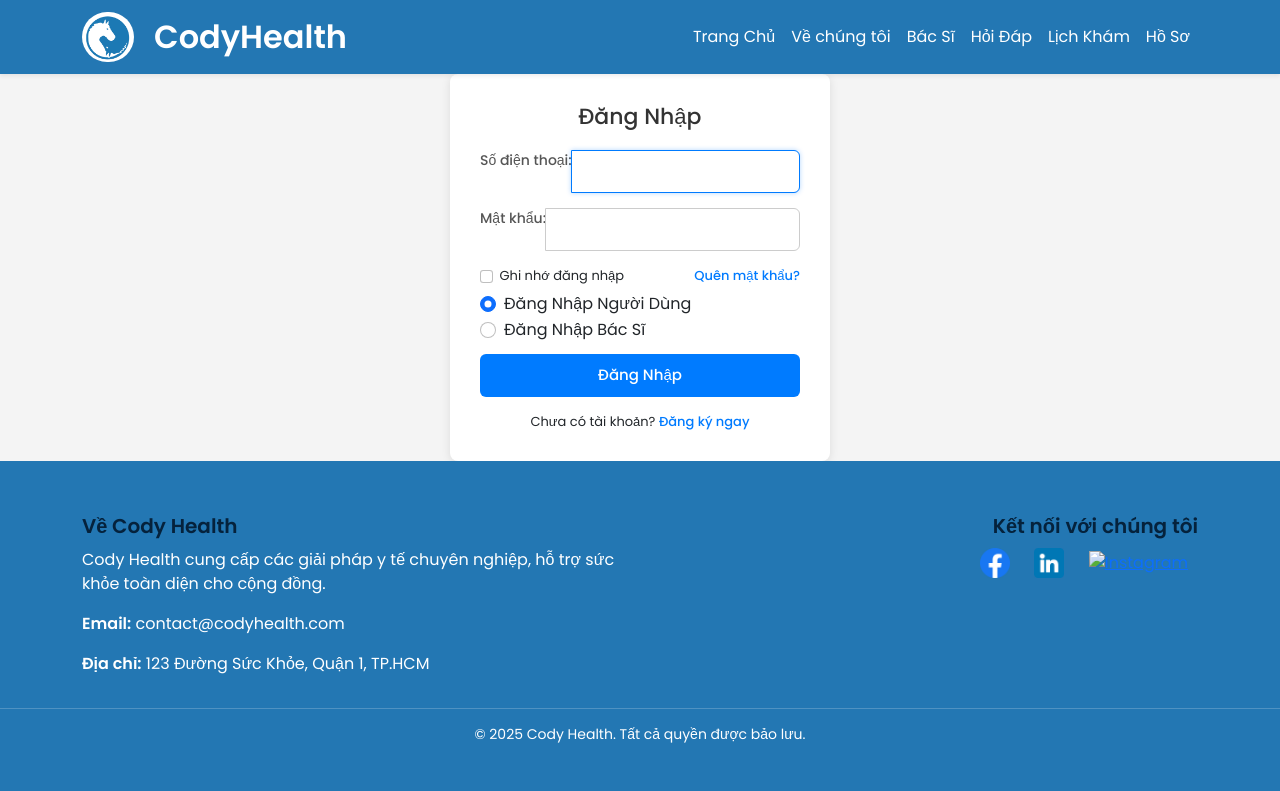
Repository: JonesKhaii/CodySocial
Page: http://localhost/login
The author's editor kept a copy of each file at every save. The page is drawn from the files as they stood at one save, then again after the next save.
The browser window is 1280 px wide. The pictures show the whole page.
The page is served by the project's Laravel application, run on PHP 8.4 with Laravel 12.

Above is the page before, as saved 2025-02-13 02:45:20.

After the next save:
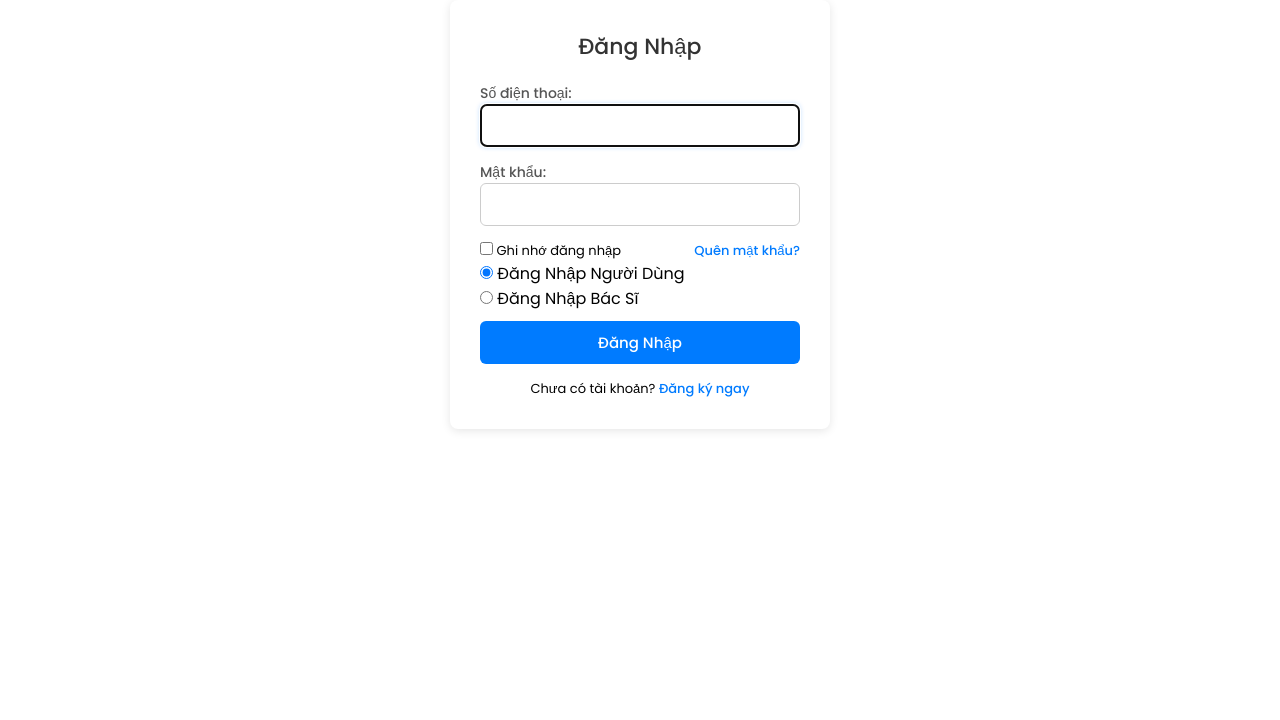
Saved 83 s later.
--- a/resources/views/auth/login.blade.php
+++ b/resources/views/auth/login.blade.php
@@ -1,61 +1,55 @@
-@extends('layouts.master')
+{{-- @extends('layouts.master')
 
-@section('title', 'Đăng Nhập')
+@section('title', 'Đăng Nhập') --}}
 
-@section('main-content')
+{{-- @section('main-content') --}}
 
-    <head>
-        <link rel="stylesheet" href="{{ asset('css/login.css') }}">
-    </head>
+<head>
+    <link rel="stylesheet" href="{{ asset('css/login.css') }}">
+</head>
+<div class="container-login">
+    <h2>Đăng Nhập</h2>
+    @if ($errors->any())
+        <div class="alert alert-danger">
+            @foreach ($errors->all() as $error)
+                <p>{{ $error }}</p>
+            @endforeach
+        </div>
+    @endif
+    <form method="POST" action="{{ route('login') }}">
+        @csrf
+        <div class="input-group">
+            <label for="phone">Số điện thoại:</label>
+            <input id="phone" type="string" name="phone" class="form-control" required autofocus>
+        </div>
 
-    <div class="container-login">
-        <h2>Đăng Nhập</h2>
+        <div class="input-group">
+            <label for="password">Mật khẩu:</label>
+            <input id="password" type="password" name="password" class="form-control" required>
+        </div>
 
-        @if ($errors->any())
-            <div class="alert alert-danger">
-                @foreach ($errors->all() as $error)
-                    <p>{{ $error }}</p>
-                @endforeach
+        <div class="remember-forgot">
+            <div class="form-check">
+                <input type="checkbox" name="remember" id="remember" class="form-check-input">
+                <label for="remember" class="form-check-label">Ghi nhớ đăng nhập</label>
             </div>
-        @endif
+            <a href="#">Quên mật khẩu?</a>
+        </div>
+        <div class="form-check">
+            <input type="radio" name="role" id="role_user" value="user" class="form-check-input" checked>
+            <label for="role_user" class="form-check-label">Đăng Nhập Người Dùng</label>
+        </div>
+        <div class="form-check">
+            <input type="radio" name="role" id="role_doctor" value="doctor" class="form-check-input">
+            <label for="role_doctor" class="form-check-label">Đăng Nhập Bác Sĩ</label>
+        </div>
 
-        <!-- Form Đăng Nhập -->
-        <form method="POST" action="{{ route('login') }}">
-            @csrf
-            <div class="input-group">
-                <label for="phone">Số điện thoại:</label>
-                <input id="phone" type="text" name="phone" class="form-control" required autofocus>
-            </div>
 
-            <div class="input-group">
-                <label for="password">Mật khẩu:</label>
-                <input id="password" type="password" name="password" class="form-control" required>
-            </div>
+        <button type="submit" class="btn-login">Đăng Nhập</button>
+    </form>
 
-            <div class="remember-forgot">
-                <div class="form-check">
-                    <input type="checkbox" name="remember" id="remember" class="form-check-input">
-                    <label for="remember" class="form-check-label">Ghi nhớ đăng nhập</label>
-                </div>
-                <a href="#">Quên mật khẩu?</a>
-            </div>
-
-            <!-- Chọn loại tài khoản -->
-            <div class="form-check">
-                <input type="radio" name="role" id="role_user" value="user" class="form-check-input" checked>
-                <label for="role_user" class="form-check-label">Đăng Nhập Người Dùng</label>
-            </div>
-            <div class="form-check">
-                <input type="radio" name="role" id="role_doctor" value="doctor" class="form-check-input">
-                <label for="role_doctor" class="form-check-label">Đăng Nhập Bác Sĩ</label>
-            </div>
-
-            <button type="submit" class="btn-login">Đăng Nhập</button>
-        </form>
-
-        <div class="footer-text">
-            Chưa có tài khoản? <a href="#">Đăng ký ngay</a>
-        </div>
+    <div class="footer-text">
+        Chưa có tài khoản? <a href="#">Đăng ký ngay</a>
     </div>
-
-@endsection
+</div>
+{{-- @endsection --}}

After the 2 saves that followed:
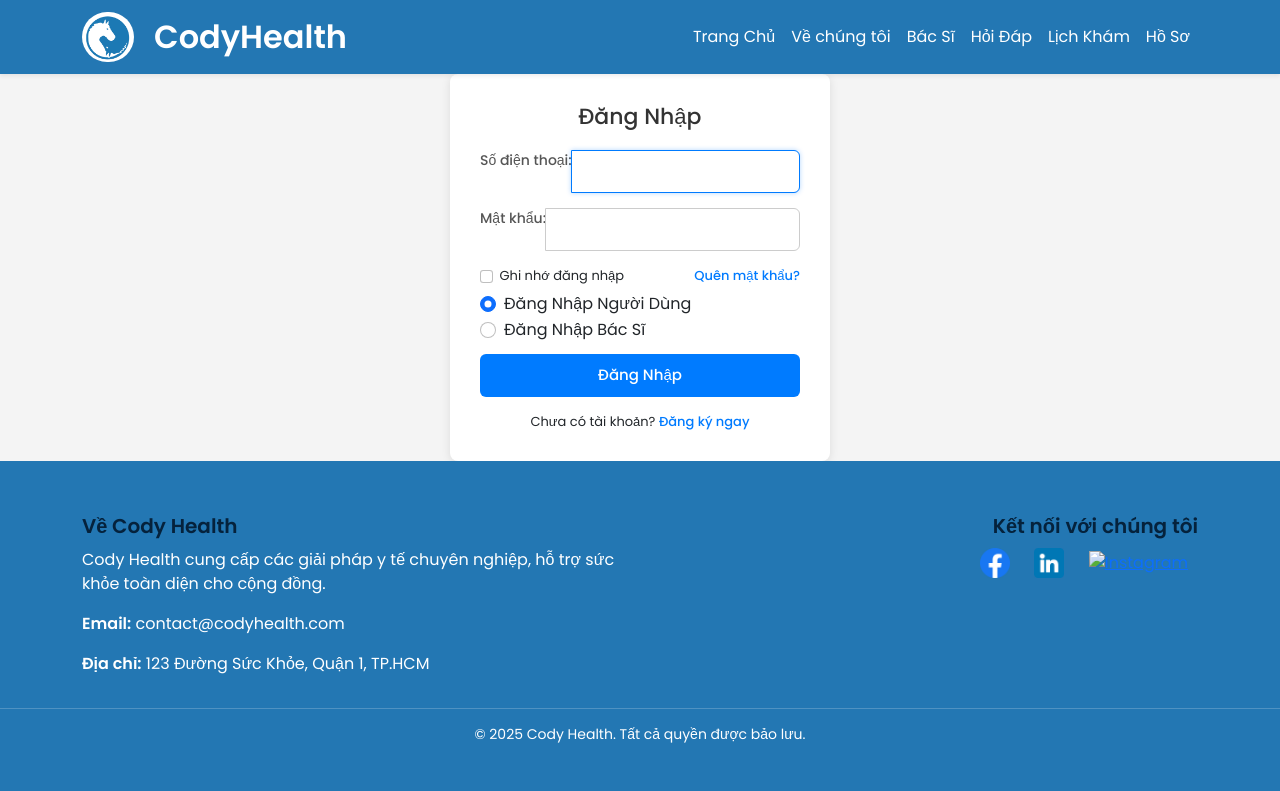
The 2 saves are shown as one change because 1 left the picture as it was.
The last was saved 103 s later.
--- a/resources/views/auth/login.blade.php
+++ b/resources/views/auth/login.blade.php
@@ -1,55 +1,62 @@
-{{-- @extends('layouts.master')
+@extends('layouts.master')
 
-@section('title', 'Đăng Nhập') --}}
+@section('title', 'Đăng Nhập')
 
-{{-- @section('main-content') --}}
+@section('main-content')
 
-<head>
-    <link rel="stylesheet" href="{{ asset('css/login.css') }}">
-</head>
-<div class="container-login">
-    <h2>Đăng Nhập</h2>
-    @if ($errors->any())
-        <div class="alert alert-danger">
-            @foreach ($errors->all() as $error)
-                <p>{{ $error }}</p>
-            @endforeach
+    <head>
+        <link rel="stylesheet" href="{{ asset('css/login.css') }}">
+    </head>
+
+    <div class="container-login">
+        <h2>Đăng Nhập</h2>
+
+        @if ($errors->any())
+            <div class="alert alert-danger">
+                @foreach ($errors->all() as $error)
+                    <p>{{ $error }}</p>
+                @endforeach
+            </div>
+        @endif
+
+        <!-- Form đăng nhập -->
+        <form method="POST" action="{{ route('login') }}">
+            @csrf
+            <div class="input-group">
+                <label for="phone">Số điện thoại:</label>
+                <input id="phone" type="text" name="phone" class="form-control" required autofocus>
+            </div>
+
+            <div class="input-group">
+                <label for="password">Mật khẩu:</label>
+                <input id="password" type="password" name="password" class="form-control" required>
+            </div>
+
+            <div class="remember-forgot">
+                <div class="form-check">
+                    <input type="checkbox" name="remember" id="remember" class="form-check-input">
+                    <label for="remember" class="form-check-label">Ghi nhớ đăng nhập</label>
+                </div>
+                <a href="#">Quên mật khẩu?</a>
+            </div>
+
+            <!-- Chọn vai trò đăng nhập -->
+            <div class="form-check">
+                <input type="radio" name="role" id="role_user" value="user" class="form-check-input" checked>
+                <label for="role_user" class="form-check-label">Đăng Nhập Người Dùng</label>
+            </div>
+            <div class="form-check">
+                <input type="radio" name="role" id="role_doctor" value="doctor" class="form-check-input">
+                <label for="role_doctor" class="form-check-label">Đăng Nhập Bác Sĩ</label>
+            </div>
+
+            <!-- Nút đăng nhập -->
+            <button type="submit" class="btn-login">Đăng Nhập</button>
+        </form>
+
+        <div class="footer-text">
+            Chưa có tài khoản? <a href="#">Đăng ký ngay</a>
         </div>
-    @endif
-    <form method="POST" action="{{ route('login') }}">
-        @csrf
-        <div class="input-group">
-            <label for="phone">Số điện thoại:</label>
-            <input id="phone" type="string" name="phone" class="form-control" required autofocus>
-        </div>
+    </div>
 
-        <div class="input-group">
-            <label for="password">Mật khẩu:</label>
-            <input id="password" type="password" name="password" class="form-control" required>
-        </div>
-
-        <div class="remember-forgot">
-            <div class="form-check">
-                <input type="checkbox" name="remember" id="remember" class="form-check-input">
-                <label for="remember" class="form-check-label">Ghi nhớ đăng nhập</label>
-            </div>
-            <a href="#">Quên mật khẩu?</a>
-        </div>
-        <div class="form-check">
-            <input type="radio" name="role" id="role_user" value="user" class="form-check-input" checked>
-            <label for="role_user" class="form-check-label">Đăng Nhập Người Dùng</label>
-        </div>
-        <div class="form-check">
-            <input type="radio" name="role" id="role_doctor" value="doctor" class="form-check-input">
-            <label for="role_doctor" class="form-check-label">Đăng Nhập Bác Sĩ</label>
-        </div>
-
-
-        <button type="submit" class="btn-login">Đăng Nhập</button>
-    </form>
-
-    <div class="footer-text">
-        Chưa có tài khoản? <a href="#">Đăng ký ngay</a>
-    </div>
-</div>
-{{-- @endsection --}}
+@endsection
